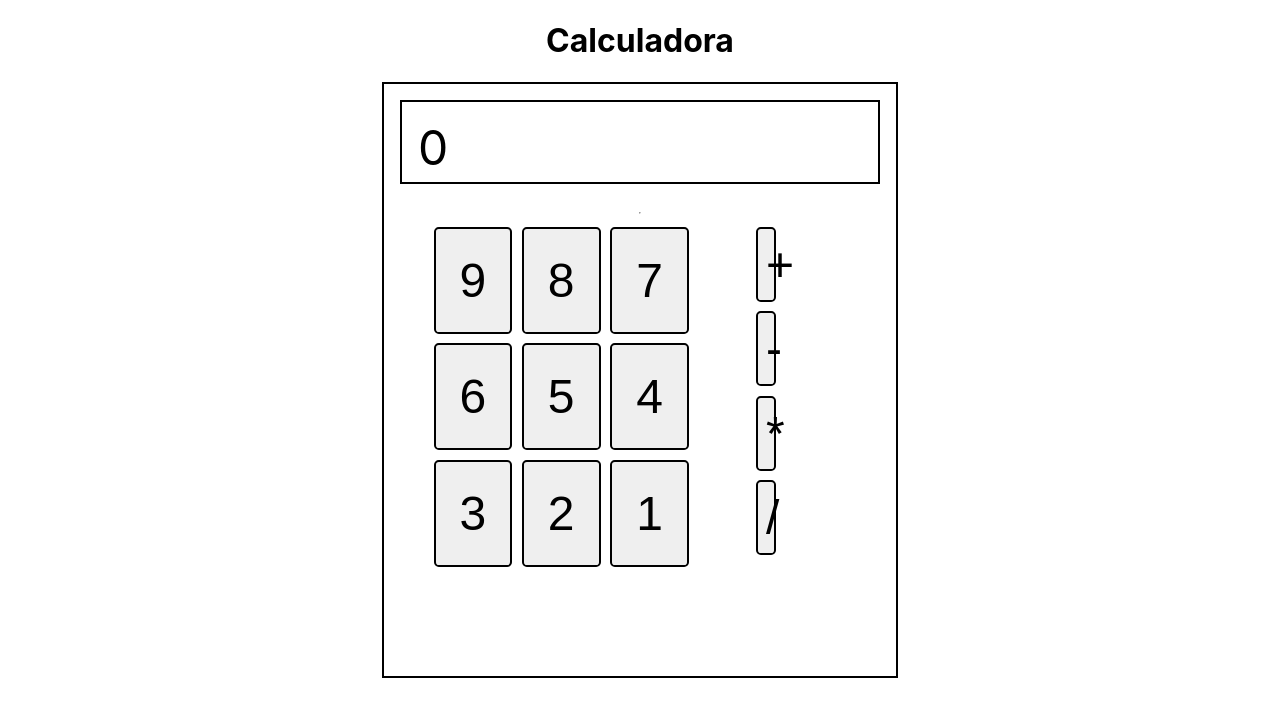
Repository: yamaka/curso-react-febrero-2022
Page: /
These files come from the project's save history. The page is drawn as it stood at one moment and after the next save; the edit follows.
The browser window is 1280 px wide. The pictures show the whole page.
The project was rebuilt for these pictures with package versions that can differ from the ones it lists, and the page was loaded fresh each time. Also part of the build but not shown: src/App.css, src/components/Zanahoria/Zanahoria.css, src/components/Zanahoria/Zanahoria.js, src/components/Zanahorias/Zanahorias.js, src/components/Lechuga/Lechuga.css, src/components/Lechuga/Lechuga.js, src/components/Calculadora/Calculadora.css, src/components/Calculadora/Calculadora.js and 4 more.

Above is the page before, as saved 2022-03-02 18:28:18.

After the next save:
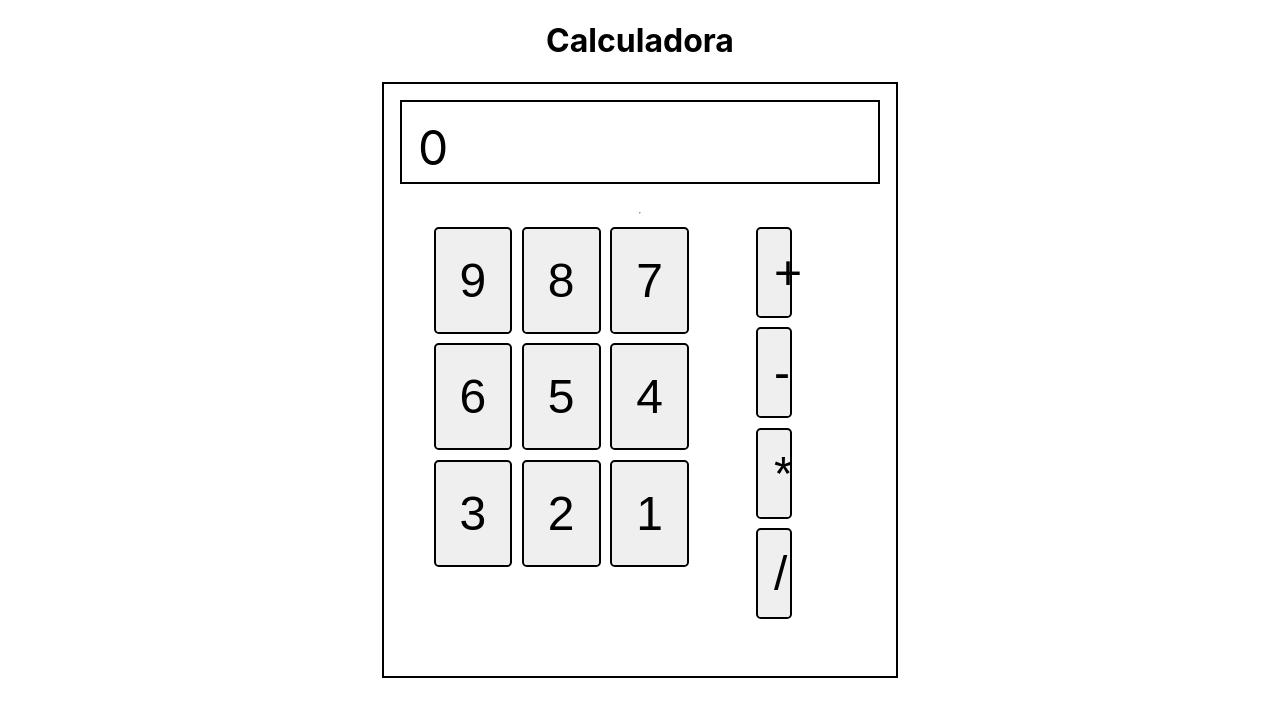
Saved 4 s later.
--- a/src/hooks/components/BotonOperacion/BotonOperacion.css
+++ b/src/hooks/components/BotonOperacion/BotonOperacion.css
@@ -1,6 +1,6 @@
 .boton-operacion {
   border: solid 2px;
-  padding: 0.5rem;
+  padding: 1rem;
   border-radius: 0.3rem;
   font-size: 3rem;
 
